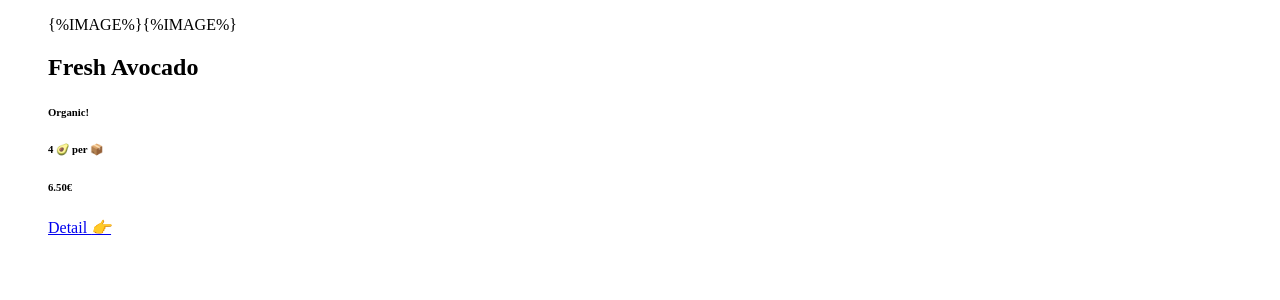
Repository: 13-Joban/Node_Farm_Backend
Page: templates/template.html
An editor plug-in stored every save of this project. The page is shown before and after the next save, followed by the edit.
The browser window is 1280 px wide. The pictures show the whole page.

Above is the page before, as saved 2022-07-16 17:52:03.

After the next save:
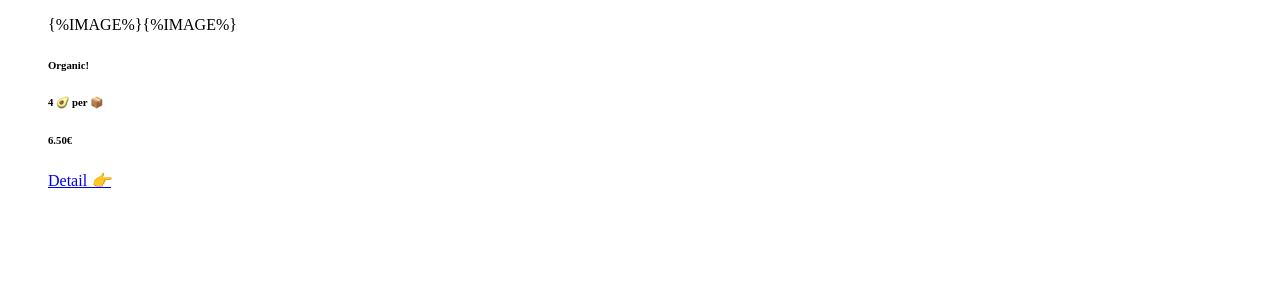
Saved 4 s later.
--- a/templates/template.html
+++ b/templates/template.html
@@ -2,7 +2,7 @@
     <div class="card__emoji">{%IMAGE%}{%IMAGE%}</div>
 
     <div class="card__title-box">
-      <h2 class="card__title">Fresh Avocado</h2>
+      <h2 class="card__title"></h2>
     </div>
 
     <div class="card__details">
